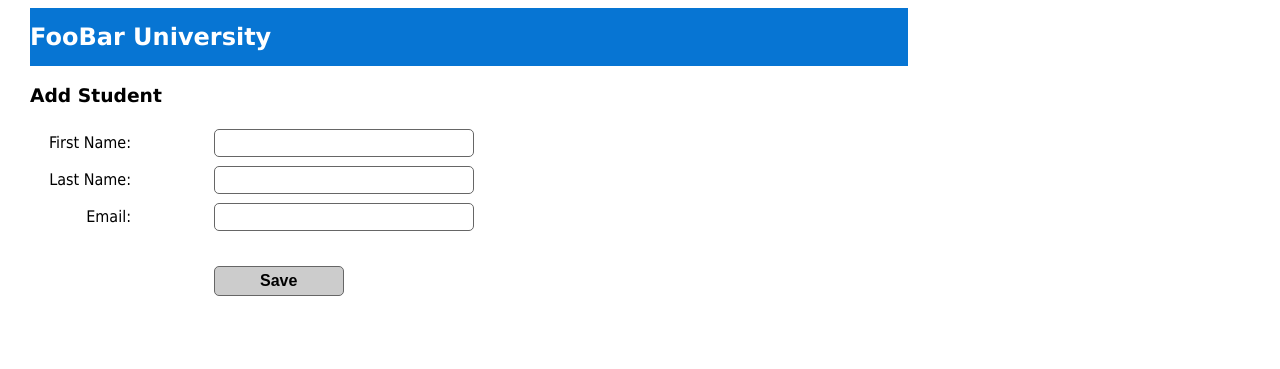
Repository: i-tanova/JEEProjects
Page: http://localhost/StudentsDB/add-student.jsp
These files come from the project's save history. The page is drawn as it stood at one moment and after the next save; the edit follows.
The browser window is 1280 px wide. The pictures show the whole page.
The page is served by Tomcat 9.

Above is the page before, as saved 2019-11-28 09:09:16.

After the next save:
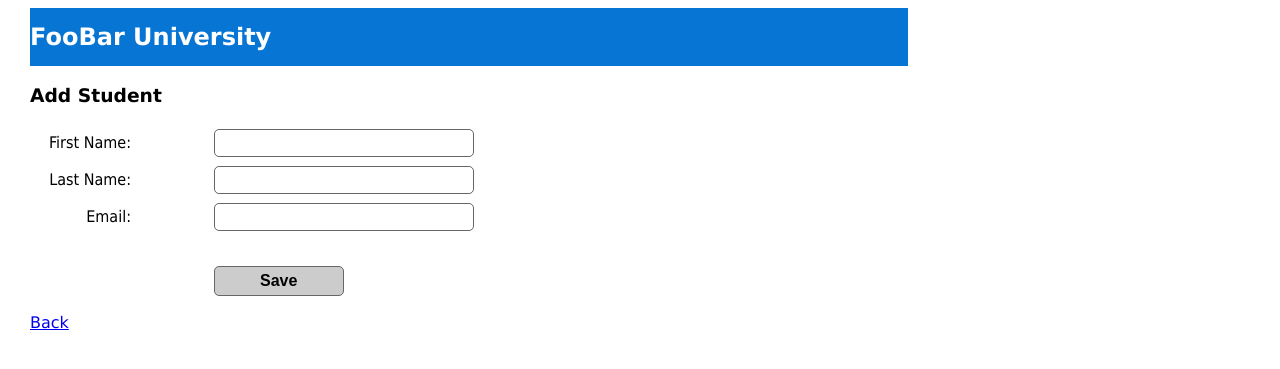
Saved 3 min 55 s later.
--- a/StudentsDB/WebContent/add-student.jsp
+++ b/StudentsDB/WebContent/add-student.jsp
@@ -48,6 +48,11 @@
 
 </form>
 
+<div style="clear: both;"></div>
+<p>
+
+<a href="StudentControllerServlet">Back</a>
+</p>
 </div>
 
 </body>
